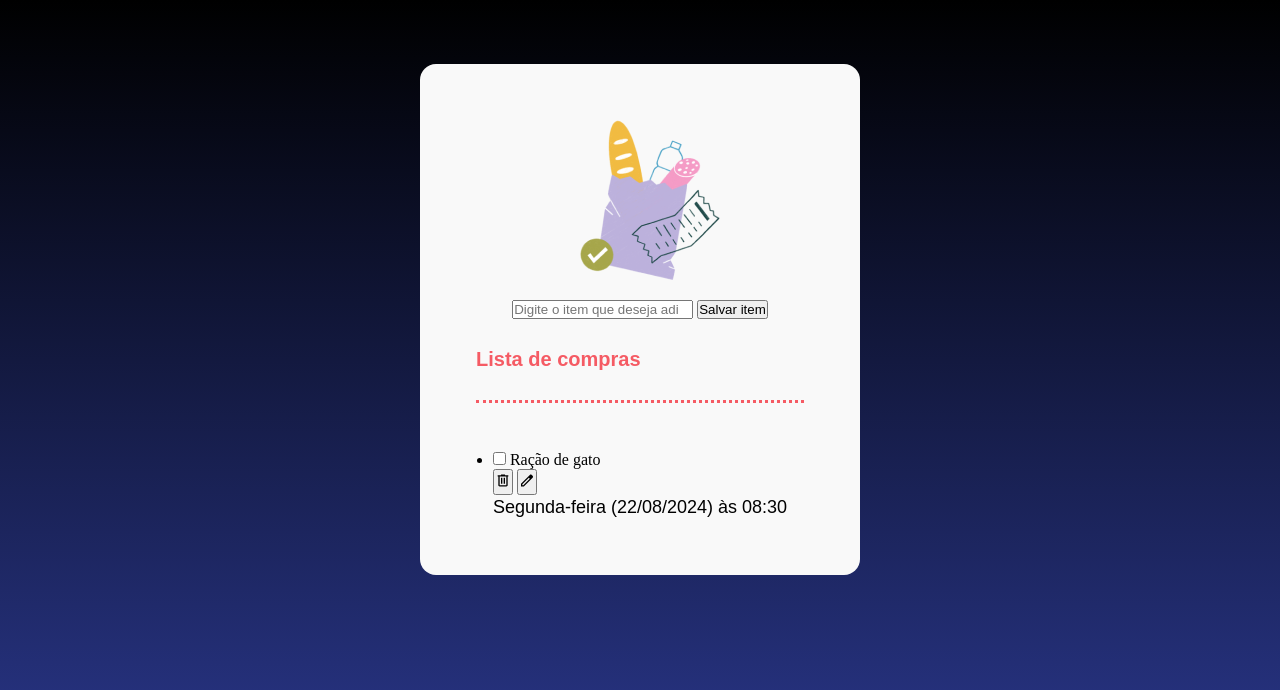
Repository: joaoPraiaJunior/compras_js
Page: index.html
The author's editor kept a copy of each file at every save. The page is drawn from the files as they stood at one save, then again after the next save.
The browser window is 1280 px wide. The pictures show the whole page.
Some web fonts or font styles are not loaded; a fallback is used.

Above is the page before, as saved 2024-08-22 20:45:08.

After the next save:
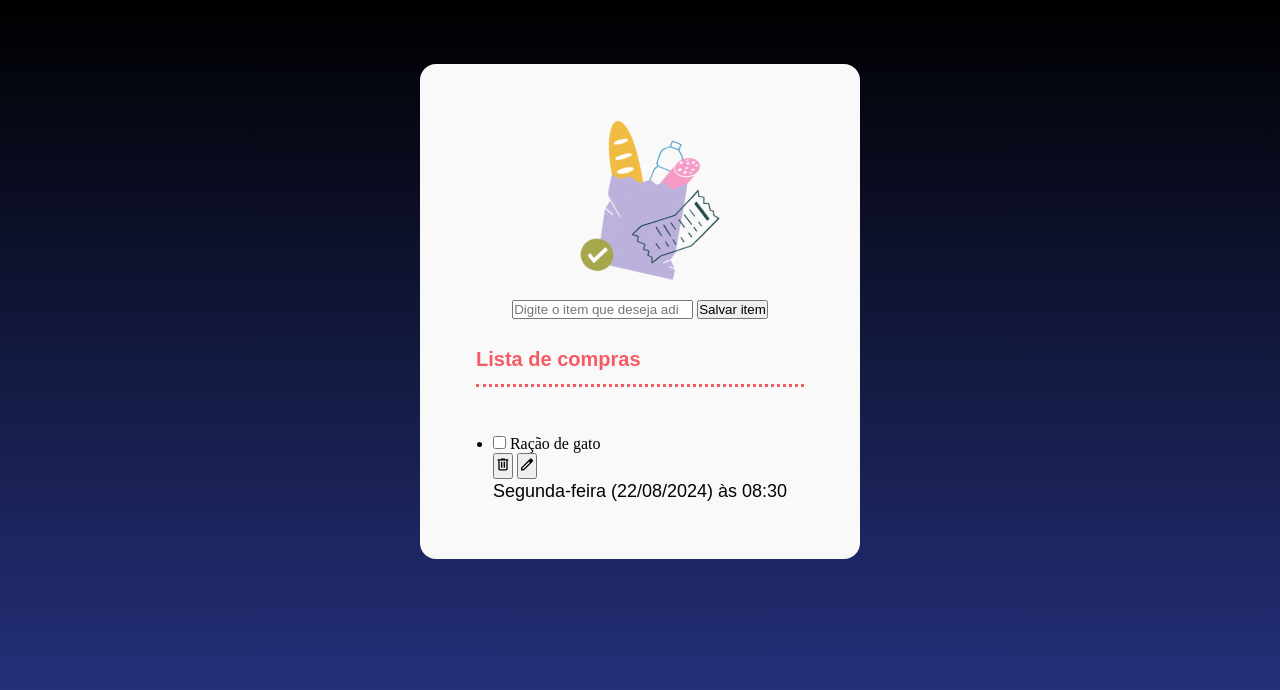
Saved 4 s later.
--- a/css/styles.css
+++ b/css/styles.css
@@ -65,7 +65,7 @@ hr {
 }
 
 hr:empty {
-    margin-top: calc(1.rem * -1);
+    margin-top: calc(1.6rem * -1);
 }
 
 p {
